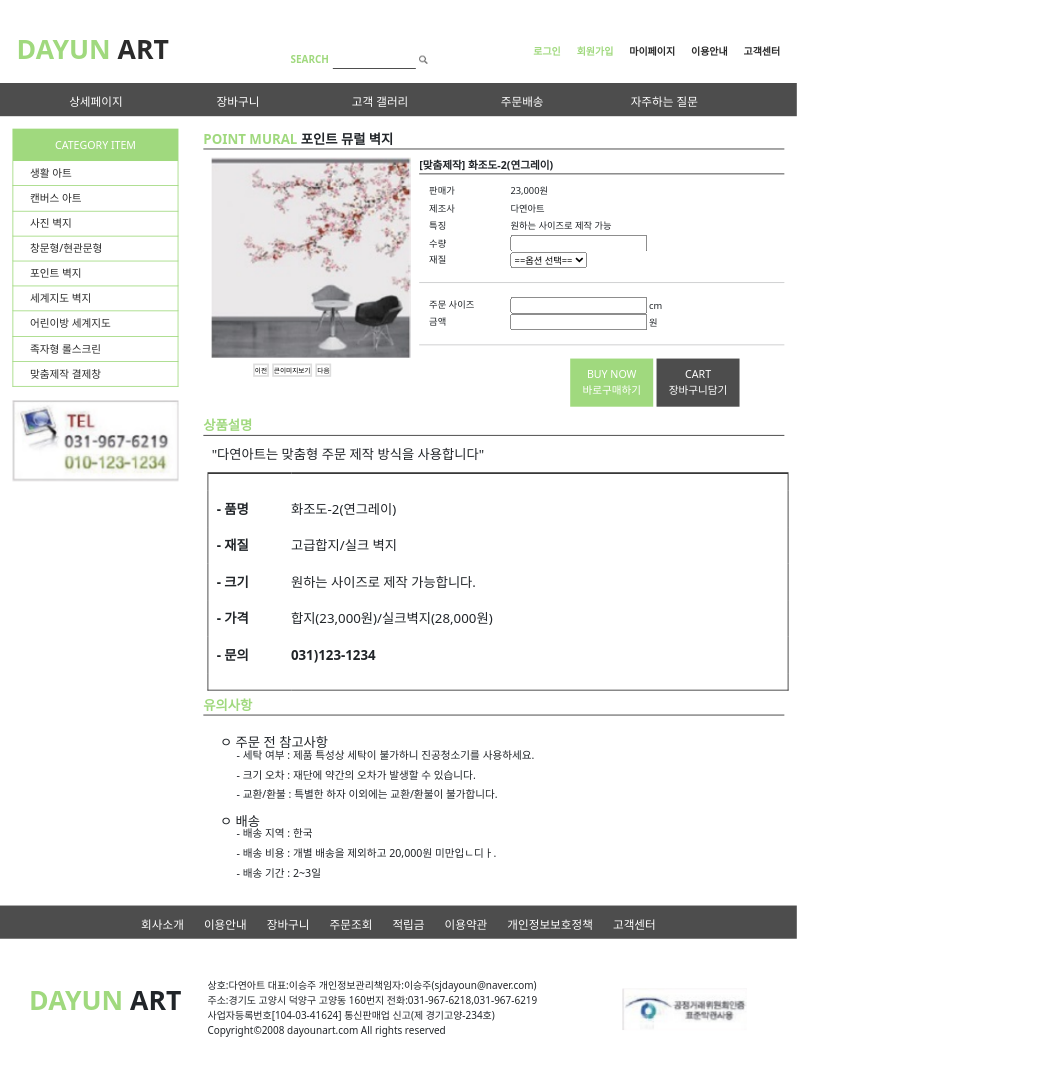
Repository: yeonddu/green_js
Page: pro01/public/bootstrap/product.html
An editor plug-in stored every save of this project. The page is shown before and after the next save, followed by the edit.
The browser window is 1280 px wide. The pictures show the whole page, at 83% of full size.

Above is the page before, as saved 2022-12-27 07:34:08.

After the next save:
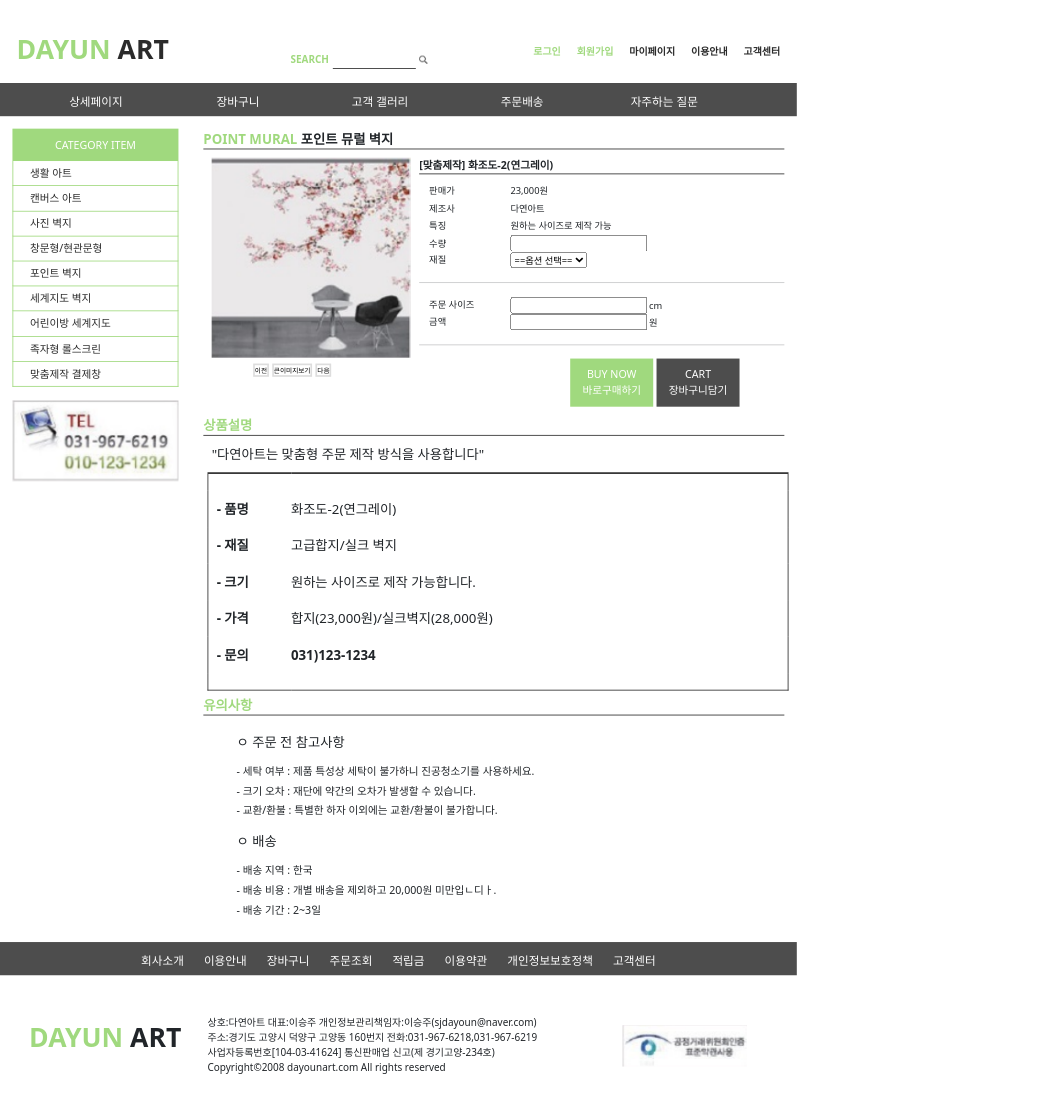
Saved 12 s later.
--- a/pro01/public/bootstrap/product.css
+++ b/pro01/public/bootstrap/product.css
@@ -146,13 +146,13 @@ section .product-title {
 }
 
 #box3 #box3-content div {
-	font-size:1em;
+	margin:20px;
 }
 
 #box3 #box3-content p {
 	text-indent:20px;
 	line-height:0.6;
-		font-size:0.8em;
+	font-size:0.8em;
 }
 
 section #bottom-menu {
